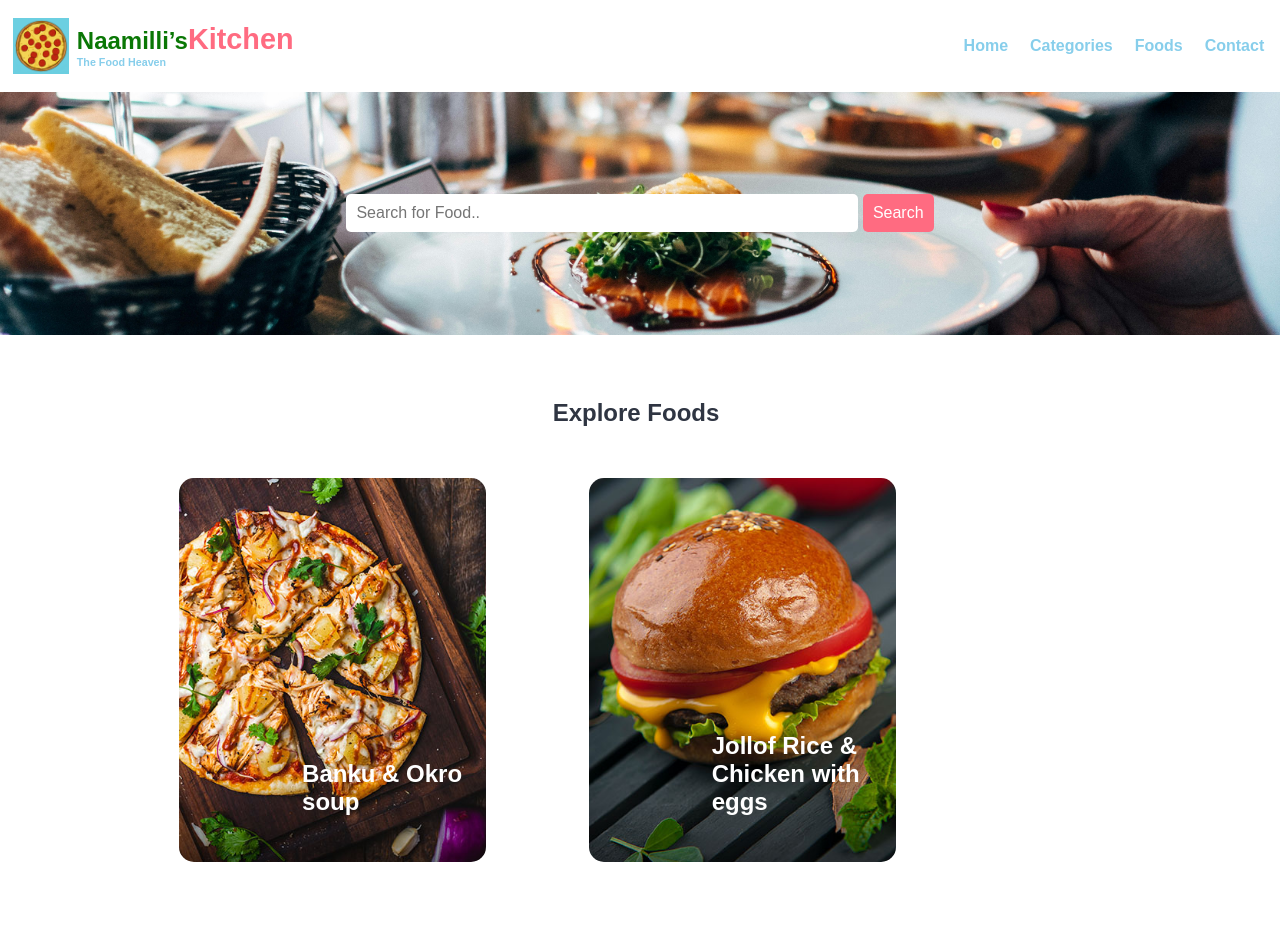
Repository: Saviour-Dagadu/Naamilli
Page: index.html
The author's editor kept a copy of each file at every save. The page is drawn from the files as they stood at one save, then again after the next save.
The browser window is 1280 px wide. The pictures show the part of the page from y = 0 to 952 px (the page is 2018 px tall before and 1957 px after).
A picture or video elsewhere on the page could not be fetched, so the positions and the page height are approximate.

Above is the page before, as saved 2024-12-03 21:39:42.

After the next save:
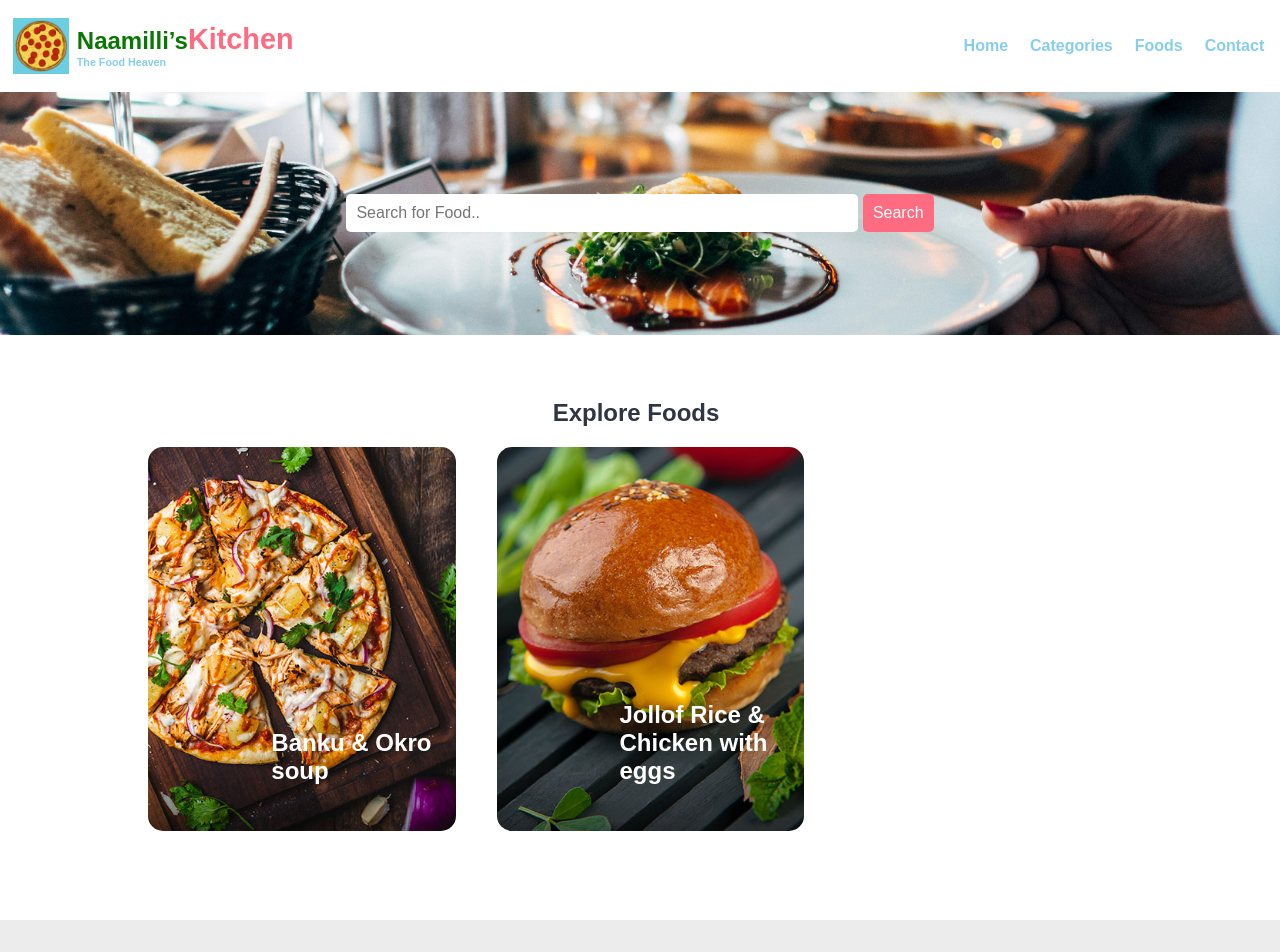
Saved 2 min 25 s later.
--- a/css/style.css
+++ b/css/style.css
@@ -151,7 +151,7 @@ fieldset{
 .box-3{
     width: 30%;
     float: left;
-    margin: 5%;
+    margin: 2%;
 }
 
 
